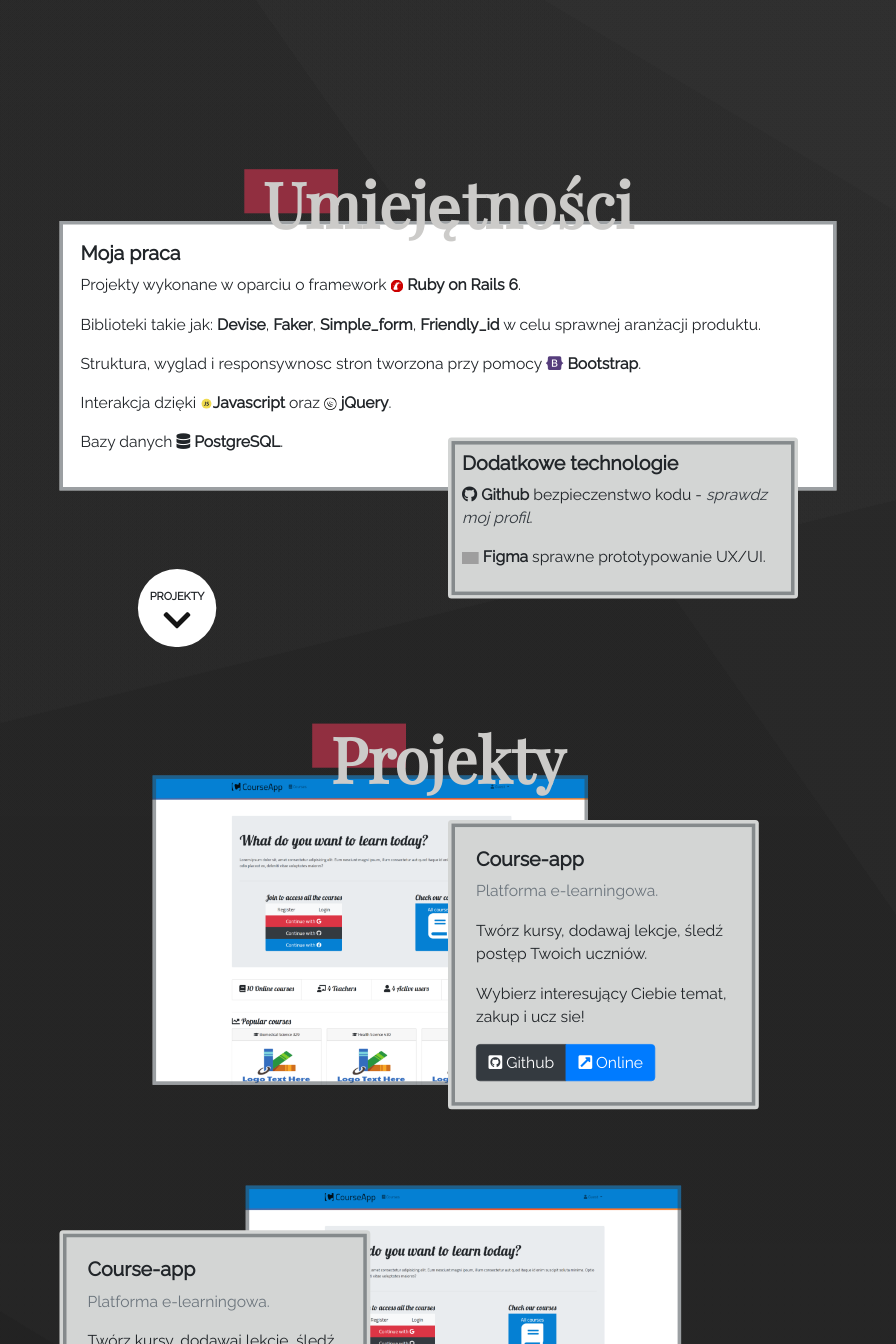
Repository: debicky/debicky.github.io
Page: index.html
The author's editor kept a copy of each file at every save. The page is drawn from the files as they stood at one save, then again after the next save.
The browser window is 1280 px wide. The pictures show the part of the page from y = 514 to 2434 px (the page is 4673 px tall), at 70% of full size.
Pictures or frames that could not be fetched are drawn as grey boxes. Some web libraries are served in a nearby version.

Above is the page before, as saved 2020-06-16 14:50:09.

After the next save:
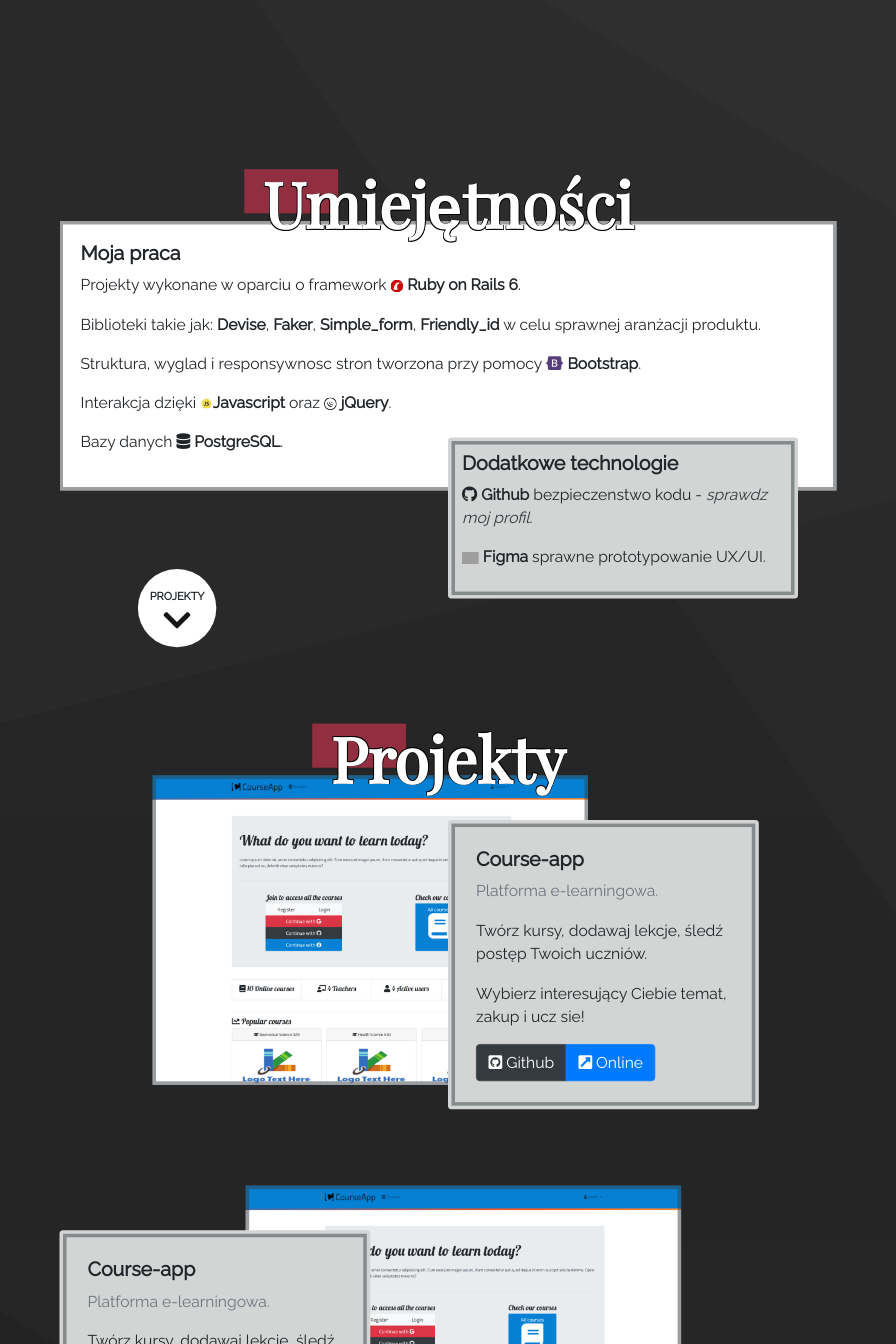
Saved 31 s later.
--- a/styles.css
+++ b/styles.css
@@ -154,7 +154,8 @@ section h1{
   font-size: 4rem;
   position: relative;
   z-index: 1;
-  color: #cccbc9;
+  color: white;
+  text-shadow: -1px -1px 0 #000, 1px -1px 0 #000, -1px 1px 0 #000, 1px 1px 0 #000;
   font-weight: 800;
   z-index: 1;
   line-height: .3em;
